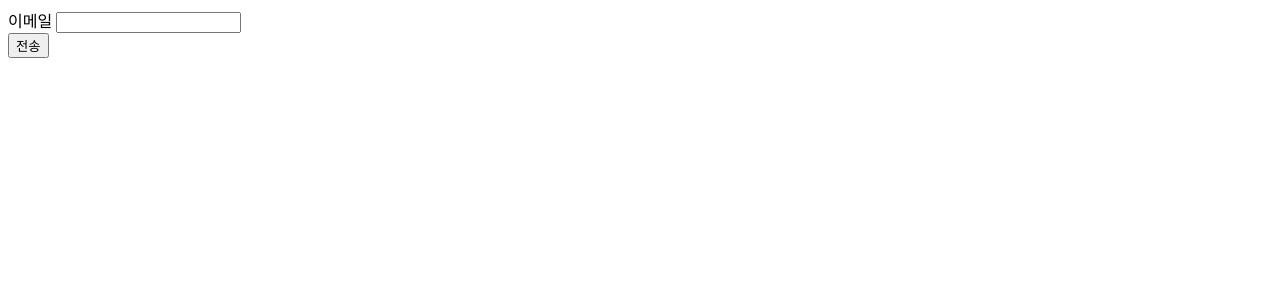
Repository: seokku/java2
Page: workspace/web/ch02basic/WebContent/input.html
An editor plug-in stored every save of this project. The page is shown before and after the next save, followed by the edit.
The browser window is 1280 px wide. The pictures show the whole page.

Above is the page before, as saved 2021-02-15 06:37:12.

After the next save:
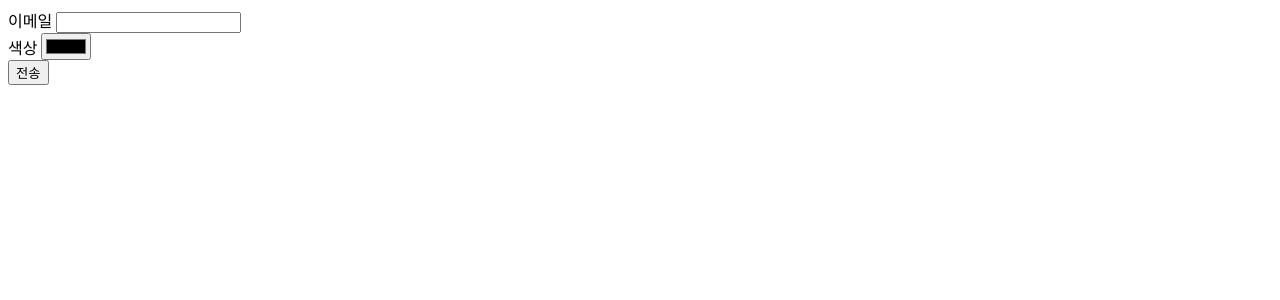
Saved 6 min 42 s later.
--- a/workspace/web/ch02basic/WebContent/input.html
+++ b/workspace/web/ch02basic/WebContent/input.html
@@ -7,6 +7,7 @@
 <body>
 <form method="post">
 	이메일 <input type="email"><br/>
+	색상 <input type="color"><br/>
 	<button>전송</button>
 </form>
 </body>
